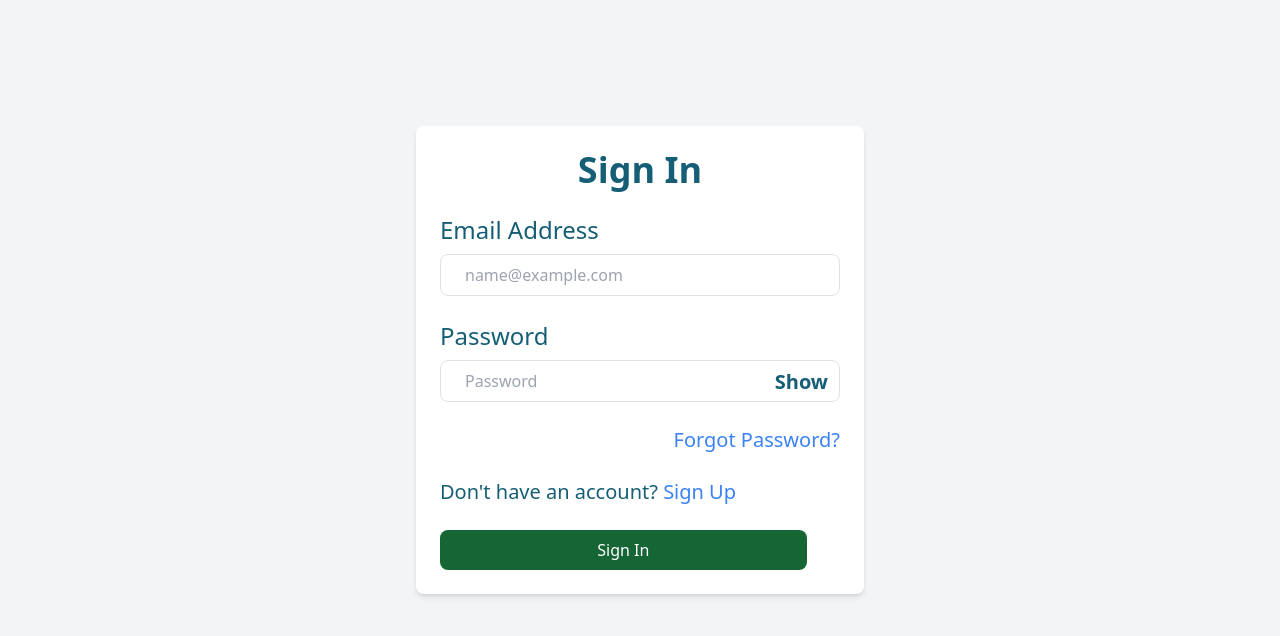
Repository: sayyad-mukthumsa-123/Movie-Verse
Page: /login (app in frontend/)
The author's editor kept a copy of each file at every save. The page is drawn from the files as they stood at one save, then again after the next save.
The browser window is 1280 px wide. The pictures show the whole page.
The page's requests for data from a server got no answer. The project was rebuilt for these pictures with package versions that can differ from the ones it lists, and the page was loaded fresh each time. No one was signed in, and anything a server would have sent is missing. Also part of the build but not shown: frontend/src/pages/Home.jsx, frontend/src/components/Navbar.jsx, frontend/src/components/Cards.jsx, frontend/src/pages/Home_Login.jsx, frontend/src/components/AvatarSelection.jsx, frontend/src/pages/Register.jsx, frontend/src/pages/MovieDetail.jsx, frontend/src/components/SearchBar.jsx and 13 more.

Above is the page before, as saved 2025-01-23 21:30:27.

### frontend/public/index.html
<!DOCTYPE html>
<html lang="en">

<head>
  <meta charset="utf-8" />
  <link rel="icon" href="%PUBLIC_URL%/favicon.ico" />
  <meta name="viewport" content="width=device-width, initial-scale=1" />
  <meta name="theme-color" content="#000000" />
  <meta name="description" content="Web site created using create-react-app" />
  <link rel="apple-touch-icon" href="%PUBLIC_URL%/logo192.png" />
  <!--
      manifest.json provides metadata used when your web app is installed on a
      user's mobile device or desktop. See https://developers.google.com/web/fundamentals/web-app-manifest/
    -->
  <link rel="manifest" href="%PUBLIC_URL%/manifest.json" />
  <link rel="stylesheet" href="https://cdn.jsdelivr.net/npm/bootstrap@5.3.2/dist/css/bootstrap.min.css"
    integrity="sha384-T3c6CoIi6uLrA9TneNEoa7RxnatzjcDSCmG1MXxSR1GAsXEV/Dwwykc2MPK8M2HN" crossorigin="anonymous" />
  <!--
      Notice the use of %PUBLIC_URL% in the tags above.
      It will be replaced with the URL of the `public` folder during the build.
      Only files inside the `public` folder can be referenced from the HTML.

      Unlike "/favicon.ico" or "favicon.ico", "%PUBLIC_URL%/favicon.ico" will
      work correctly both with client-side routing and a non-root public URL.
      Learn how to configure a non-root public URL by running `npm run build`.
    -->
  <title>MovieVerse</title>
</head>

<body>
  <noscript>You need to enable JavaScript to run this app.</noscript>
  <div id="root"></div>
  <!--
      This HTML file is a template.
      If you open it directly in the browser, you will see an empty page.

      You can add webfonts, meta tags, or analytics to this file.
      The build step will place the bundled scripts into the <body> tag.

      To begin the development, run `npm start` or `yarn start`.
      To create a production bundle, use `npm run build` or `yarn build`.
    -->
</body>

</html>

### frontend/src/index.css
/* body {
  margin: 0;
  font-family: -apple-system, BlinkMacSystemFont, 'Segoe UI', 'Roboto', 'Oxygen',
    'Ubuntu', 'Cantarell', 'Fira Sans', 'Droid Sans', 'Helvetica Neue',
    sans-serif;
  -webkit-font-smoothing: antialiased;
  -moz-osx-font-smoothing: grayscale;
}

code {
  font-family: source-code-pro, Menlo, Monaco, Consolas, 'Courier New',
    monospace;
} */


/* @tailwind base;
@tailwind components;
@tailwind utilities; */


/* @import "tailwindcss/base";
@import "tailwindcss/components";
@import "tailwindcss/utilities"; */


/* src/index.css */
@tailwind base;
@tailwind components;
@tailwind utilities;

### frontend/src/pages/Login.jsx
// // // import React, { useState } from 'react';
// // // import Button from 'react-bootstrap/Button';
// // // import { Link, useNavigate } from 'react-router-dom';
// // // import { ToastContainer, toast } from 'react-toastify';
// // // import 'react-toastify/dist/ReactToastify.css';
// // // import "../Styles/Login.css";

// // // const Login = () => {
// // //     const [email, setEmail] = useState('');
// // //     const [password, setPassword] = useState('');
// // //     const [passwordVisible, setPasswordVisible] = useState(false);
// // //     const navigate = useNavigate();

// // //     const togglePasswordVisibility = () => {
// // //         setPasswordVisible(!passwordVisible);
// // //     };

// // //     const handleSubmit = async (event) => {
// // //         event.preventDefault();

// // //         if (!email || !password) {
// // //             toast.error('Please fill in all fields.');
// // //             return;
// // //         }

// // //         if (!/\S+@\S+\.\S+/.test(email)) {
// // //             toast.error('Please provide a valid email.');
// // //             return;
// // //         }

// // //         try {
// // //             const response = await fetch('http://localhost:5000/login',
// // //             // const response = await fetch('https://movieverse-backend.onrender.com/login',
// // //                 {
// // //                 method: 'POST',
// // //                 headers: {
// // //                     'Content-Type': 'application/json',
// // //                 },
// // //                 body: JSON.stringify({ Email: email, Password: password }),
// // //             });

// // //             const data = await response.json();

// // //             if (response.ok) {
// // //                 console.log('Sign in successful:', data);
// // //                 localStorage.setItem('token', data.token); // Save token to local storage
// // //                 navigate('/home_login');
// // //                 toast.success('Sign in successful!');
// // //             } else {
// // //                 toast.error(data.msg || 'Invalid email or password.');
// // //             }
// // //         } catch (error) {
// // //             toast.error('An error occurred. Please try again later.');
// // //             console.error('Error:', error);
// // //         }
// // //     };

// // //     return (
// // //         <div className="container">
// // //             <div className="row">
// // //                 <div className="col-sm-9 col-md-7 col-lg-5 mx-auto">
// // //                     <div className="card border-0 shadow rounded-3 my-5">
// // //                         <div className="card-body p-4 p-sm-5">
// // //                             <h1 className="card-title text-center mb-5">Sign In</h1>
// // //                             <form onSubmit={handleSubmit}>
// // //                                 <div className="form-floating mb-3">
// // //                                     <input
// // //                                         type="email"
// // //                                         className="form-control"
// // //                                         id="floatingInput"
// // //                                         placeholder="name@example.com"
// // //                                         value={email}
// // //                                         onChange={(e) => setEmail(e.target.value)}
// // //                                     />
// // //                                     <label htmlFor="floatingInput">Email address</label>
// // //                                 </div>
// // //                                 <div className="form-floating mb-3 position-relative">
// // //                                     <input
// // //                                         type={passwordVisible ? "text" : "password"}
// // //                                         className="form-control"
// // //                                         id="floatingPassword"
// // //                                         placeholder="Password"
// // //                                         value={password}
// // //                                         onChange={(e) => setPassword(e.target.value)}
// // //                                     />
// // //                                     <label htmlFor="floatingPassword">Password</label>
// // //                                     <button
// // //                                         type="button"
// // //                                         className="btn position-absolute top-50 end-0 translate-middle-y"
// // //                                         onClick={togglePasswordVisibility}
// // //                                         style={{ padding: '0.375rem 0.75rem', border: 'none', cursor: 'pointer' }}
// // //                                     >
// // //                                         {passwordVisible ? 'Hide' : 'Show'}
// // //                                     </button>
// // //                                 </div>
// // //                                 <span>
// // //                                     Don't have an account?
// // //                                     <Link to="/register" className='link-signup'>
// // //                                         Sign Up
// // //                                     </Link>
// // //                                 </span>
// // //                                 <div className="d-grid">
// // //                                     <Button variant="outline-info" className='submit' type="submit">Sign In</Button>
// // //                                 </div>
// // //                             </form>
// // //                         </div>
// // //                     </div>
// // //                 </div>
// // //             </div>
// // //             <ToastContainer />
// // //         </div>
// // //     );
// // // };

// // // export default Login;



// // // //for route only after auth



// // import React, { useEffect, useState } from "react";
// // import Button from "react-bootstrap/Button";
// // import { Link, useNavigate } from "react-router-dom";
// // import { ToastContainer, toast } from "react-toastify";
// // import "react-toastify/dist/ReactToastify.css";
// // // import "../Styles/Login.css";

// // const Login = () => {
// //   const [email, setEmail] = useState('');
// //   const [password, setPassword] = useState('');
// //   const [passwordVisible, setPasswordVisible] = useState(false);
// //   const navigate = useNavigate();

// //   useEffect(() => {
// //     const token = localStorage.getItem("token");
// //     if (token) {
// //       navigate("/home_login"); // Redirect if already logged in
// //     }
// //   }, [navigate]);

// //   const togglePasswordVisibility = () => {
// //     setPasswordVisible(!passwordVisible);
// //   };

// //   // const handleSubmit = async (event) => {
// //   //   event.preventDefault();

// //   //   if (!email || !password) {
// //   //     toast.error('Please fill in all fields.');
// //   //     return;
// //   //   }

// //   //   if (!/\S+@\S+\.\S+/.test(email)) {
// //   //     toast.error('Please provide a valid email.');
// //   //     return;
// //   //   }

// //   //   try {
// //   //     const response = await fetch('http://localhost:5000/login', {
// //   //       method: 'POST',
// //   //       headers: {
// //   //         'Content-Type': 'application/json',
// //   //       },
// //   //       body: JSON.stringify({ Email: email, Password: password }),
// //   //     });

// //   //     const data = await response.json();

// //   //     if (response.ok) {
// //   //       console.log('Sign in successful:', data);
// //   //       localStorage.setItem('token', data.token); // Save token to local storage
// //   //       navigate('/home_login');
// //   //       toast.success('Sign in successful!');
// //   //     } else {
// //   //       toast.error(data.msg || 'Invalid email or password.');
// //   //     }
// //   //   } catch (error) {
// //   //     toast.error('An error occurred. Please try again later.');
// //   //     console.error('Error:', error);
// //   //   }
// //   // };


// //   ////profile-get
// //   const handleSubmit = async (event) => {
// //     event.preventDefault();

// //     if (!email || !password) {
// //       toast.error('Please fill in all fields.');
// //       return;
// //     }

// //     if (!/\S+@\S+\.\S+/.test(email)) {
// //       toast.error('Please provide a valid email.');
// //       return;
// //     }

// //     try {
// //       const response = await fetch('http://localhost:5000/login', {
// //         method: 'POST',
// //         headers: {
// //           'Content-Type': 'application/json',
// //         },
// //         body: JSON.stringify({ Email: email, Password: password }),
// //       });

// //       const data = await response.json();

// //       if (response.ok) {
// //         console.log('Sign in successful:', data);

// //         // Save token and email to localStorage
// //         localStorage.setItem('token', data.token);
// //         localStorage.setItem('email', email); // Save email to localStorage

// //         navigate('/home_login');
// //         toast.success('Sign in successful!');
// //       } else {
// //         toast.error(data.msg || 'Invalid email or password.');
// //       }
// //     } catch (error) {
// //       toast.error('An error occurred. Please try again later.');
// //       console.error('Error:', error);
// //     }
// //   };

// //   /////
// //   return (
// //     <div className="container">
// //       <div className="row">
// //         <div className="col-sm-9 col-md-7 col-lg-5 mx-auto">
// //           <div className="card border-0 shadow rounded-3 my-5">
// //             <div className="card-body p-4 p-sm-5">
// //               <h1 className="card-title text-center mb-5">Sign In</h1>
// //               <form onSubmit={handleSubmit}>
// //                 <div className="form-floating mb-3">
// //                   <input
// //                     type="email"
// //                     className="form-control"
// //                     id="floatingInput"
// //                     placeholder="name@example.com"
// //                     value={email}
// //                     onChange={(e) => setEmail(e.target.value)}
// //                   />
// //                   <label htmlFor="floatingInput">Email address</label>
// //                 </div>
// //                 <div className="form-floating mb-3 position-relative">
// //                   <input
// //                     type={passwordVisible ? "text" : "password"}
// //                     className="form-control"
// //                     id="floatingPassword"
// //                     placeholder="Password"
// //                     value={password}
// //                     onChange={(e) => setPassword(e.target.value)}
// //                   />
// //                   <label htmlFor="floatingPassword">Password</label>
// //                   <button
// //                     type="button"
// //                     className="btn position-absolute top-50 end-0 translate-middle-y"
// //                     onClick={togglePasswordVisibility}
// //                     style={{ padding: '0.375rem 0.75rem', border: 'none', cursor: 'pointer' }}
// //                   >
// //                     {passwordVisible ? 'Hide' : 'Show'}
// //                   </button>
// //                 </div>
// //                 <span>
// //                   Don't have an account?
// //                   <Link to="/register" className="link-signup">Sign Up</Link>
// //                 </span>
// //                 <div className="d-grid">
// //                   <Button variant="outline-info" className="submit" type="submit">Sign In</Button>
// //                 </div>
// //               </form>
// //             </div>
// //           </div>
// //         </div>
// //       </div>
// //       <ToastContainer />
// //     </div>
// //   );
// // };

// // export default Login;


// //css
// import React, { useEffect, useState } from "react";
// import { Link, useNavigate } from "react-router-dom";
// import { ToastContainer, toast } from "react-toastify";
// import "react-toastify/dist/ReactToastify.css";

// const Login = () => {
//   const [email, setEmail] = useState("");
//   const [password, setPassword] = useState("");
//   const [passwordVisible, setPasswordVisible] = useState(false);
//   const navigate = useNavigate();

//   useEffect(() => {
//     const token = localStorage.getItem("token");
//     if (token) {
//       navigate("/home_login"); // Redirect if already logged in
//     }
//   }, [navigate]);

//   const togglePasswordVisibility = () => {
//     setPasswordVisible(!passwordVisible);
//   };

//   const handleSubmit = async (event) => {
//     event.preventDefault();

//     if (!email || !password) {
//       toast.error("Please fill in all fields.");
//       return;
//     }

//     if (!/\S+@\S+\.\S+/.test(email)) {
//       toast.error("Please provide a valid email.");
//       return;
//     }

//     try {
//       const response = await fetch("http://localhost:5000/login", {
//         method: "POST",
//         headers: {
//           "Content-Type": "application/json",
//         },
//         body: JSON.stringify({ Email: email, Password: password }),
//       });

//       const data = await response.json();

//       if (response.ok) {
//         localStorage.setItem("token", data.token);
//         localStorage.setItem("email", email);
//         navigate("/home_login");
//         toast.success("Sign in successful!");
//       } else {
//         toast.error(data.msg || "Invalid email or password.");
//       }
//     } catch (error) {
//       toast.error("An error occurred. Please try again later.");
//       console.error("Error:", error);
//     }
//   };

//   return (
//     <div className="flex items-center justify-center min-h-screen bg-gray-100">
//       <div className="w-full max-w-md bg-white rounded-lg shadow-md p-6">
//         <h1 className="text-4xl font-bold text-cyan-800 text-center mb-6">Sign In</h1>
//         <form onSubmit={handleSubmit}>
//           <div className="mb-4">
//             <label htmlFor="email" className="block text-2xl mb-2 font-medium text-cyan-800">
//               Email Address
//             </label>
//             <input
//               type="email"
//               id="email"
//               className="w-full px-4 py-2 border rounded-lg focus:outline-none focus:ring focus:ring-cyan-800"
//               placeholder="name@example.com"
//               value={email}
//               onChange={(e) => setEmail(e.target.value)}
//             />
//           </div>
//           <div className="mb-4 relative">
//             <label htmlFor="password" className="block text-2xl mb-2 font-medium text-cyan-800">
//               Password
//             </label>
//             <input
//               type={passwordVisible ? "text" : "password"}
//               id="password"
//               className="w-full px-4 py-2 border rounded-lg focus:outline-none focus:ring focus:ring-cyan-800"
//               placeholder="Password"
//               value={password}
//               onChange={(e) => setPassword(e.target.value)}
//             />
//             <button
//               type="button"
//               className="absolute  top-11 right-3  text-xl text-cyan-800  focus:outline-none"
//               onClick={togglePasswordVisibility}
//             >
//               {passwordVisible ? "Hide" : "Show"}
//             </button>
//           </div>
//           <div className="text-sm text-right mb-4">
//             <button
//               type="button"
//               className="text-blue-500 hover:underline focus:outline-none"
//               onClick={() => navigate(`/reset-password/${email}`)}
//             >
//               Forgot Password?
//             </button>

//           </div>
//           <div className="text-sm mb-4">
//             Don't have an account?{" "}
//             <Link to="/register" className="text-blue-500 hover:underline">
//               Sign Up
//             </Link>
//           </div>
//           <button
//             type="submit"
//             className="w-full bg-blue-500 text-white py-2 px-4 rounded-lg hover:bg-blue-600 focus:outline-none focus:ring focus:ring-blue-300"
//           >
//             Sign In
//           </button>
//         </form>
//       </div>
//       <ToastContainer />
//     </div>
//   );
// };

// export default Login;


//forget-pwd
import React, { useEffect, useState } from "react";
import { Link, useNavigate } from "react-router-dom";
import { ToastContainer, toast } from "react-toastify";
import "react-toastify/dist/ReactToastify.css";

const Login = () => {
  const [email, setEmail] = useState("");
  const [password, setPassword] = useState("");
  const [passwordVisible, setPasswordVisible] = useState(false);
  const navigate = useNavigate();

  useEffect(() => {
    const token = localStorage.getItem("token");
    if (token) {
      navigate("/home_login"); // Redirect if already logged in
    }
  }, [navigate]);

  const togglePasswordVisibility = () => {
    setPasswordVisible(!passwordVisible);
  };

  const handleSubmit = async (event) => {
    event.preventDefault();

    if (!email || !password) {
      toast.error("Please fill in all fields.");
      return;
    }

    if (!/\S+@\S+\.\S+/.test(email)) {
      toast.error("Please provide a valid email.");
      return;
    }

    try {
      const response = await fetch("http://localhost:5000/login", {
        method: "POST",
        headers: {
          "Content-Type": "application/json",
        },
        body: JSON.stringify({ Email: email, Password: password }),
      });

      const data = await response.json();

      if (response.ok) {
        localStorage.setItem("token", data.token);
        localStorage.setItem("email", email);
        navigate("/home_login");
        toast.success("Sign in successful!");
      } else {
        toast.error(data.msg || "Invalid email or password.");
      }
    } catch (error) {
      toast.error("An error occurred. Please try again later.");
      console.error("Error:", error);
    }
  };

  const handleForgotPassword = () => {
    if (!email) {
      toast.error("Please enter your email to reset the password.");
      return;
    }
    navigate(`/reset-password/${email}`);
  };

  return (
    <div className="flex items-center justify-center min-h-screen bg-gray-100">
      <div className="w-full max-w-md bg-white rounded-lg shadow-md p-6">
        <h1 className="text-4xl font-bold text-cyan-800 text-center mb-6">Sign In</h1>
        <form onSubmit={handleSubmit}>
          <div className="mb-4">
            <label htmlFor="email" className="block text-2xl mb-2 font-medium text-cyan-800">
              Email Address
            </label>
            <input
              type="email"
              id="email"
              className="w-full px-4 py-2 border rounded-lg focus:outline-none focus:ring focus:ring-cyan-800"
              placeholder="name@example.com"
              value={email}
              onChange={(e) => setEmail(e.target.value)}
            />
          </div>
          <div className="mb-4 relative">
            <label htmlFor="password" className="block text-2xl mb-2 font-medium text-cyan-800">
              Password
            </label>
            <input
              type={passwordVisible ? "text" : "password"}
              id="password"
              className="w-full px-4 py-2 border rounded-lg focus:outline-none focus:ring focus:ring-cyan-800"
              placeholder="Password"
              value={password}
              onChange={(e) => setPassword(e.target.value)}
            />
            <button
              type="button"
              className="absolute top-12 right-3 text-xl font-semibold text-cyan-800 focus:outline-none"
              onClick={togglePasswordVisibility}
            >
              {passwordVisible ? "Hide" : "Show"}
            </button>
          </div>
          <div className="text-sm text-right mb-4">
            <button
              type="button"
              className="text-blue-500 text-xl hover:underline focus:outline-none hover:scale-105 transition-transform"
              onClick={handleForgotPassword}
            >
              Forgot Password?
            </button>
          </div>
          <div className="text-xl mb-4 text-cyan-800">
            Don't have an account?{" "}
            <Link to="/register" className="text-blue-500 hover:underline">
              Sign Up
            </Link>
          </div>
          <button
            type="submit"
            className="w-11/12 bg-green-800 text-white py-2 px-4 rounded-lg hover:bg-green-700 focus:outline-none hover:scale-110 transition-transform"
          >
            Sign In
          </button>
        </form>
      </div>
      <ToastContainer />
    </div>
  );
};

export default Login;


//forget pwd not working with alredy defined component
//create new forgot password component

### frontend/tailwind.config.js
module.exports = {
  content: [
    "./src/**/*.{js,jsx,ts,tsx}", // Include all source files in the frontend
  ],
  theme: {
    extend: {},
  },
  plugins: [],
};

Loaded but not shown: frontend/src/index.js (common file); frontend/src/reportWebVitals.js (common file); frontend/src/App.js (347 lines, source omitted)

After the next save:
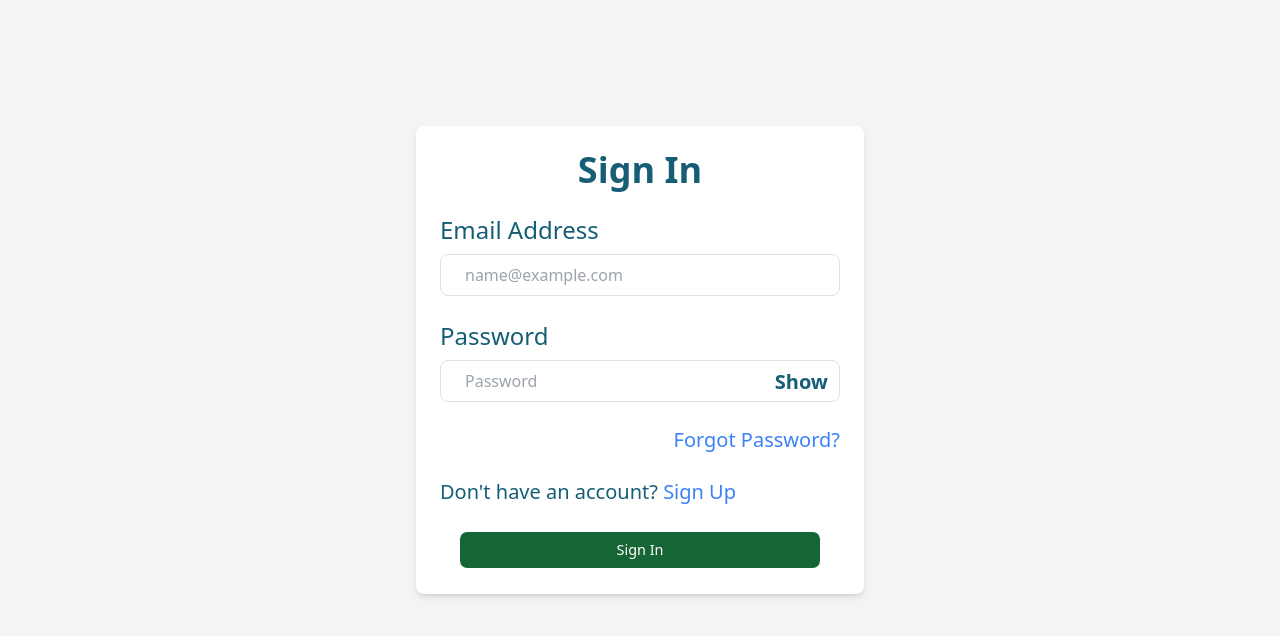
Saved 23 s later.
--- a/frontend/src/pages/Login.jsx
+++ b/frontend/src/pages/Login.jsx
@@ -540,7 +540,7 @@ const Login = () => {
           </div>
           <button
             type="submit"
-            className="w-11/12 bg-green-800 text-white py-2 px-4 rounded-lg hover:bg-green-700 focus:outline-none hover:scale-110 transition-transform"
+            className="w-full scale-90 bg-green-800 text-white py-2 px-4 rounded-lg hover:bg-green-700 focus:outline-none hover:scale-110 transition-transform"
           >
             Sign In
           </button>
